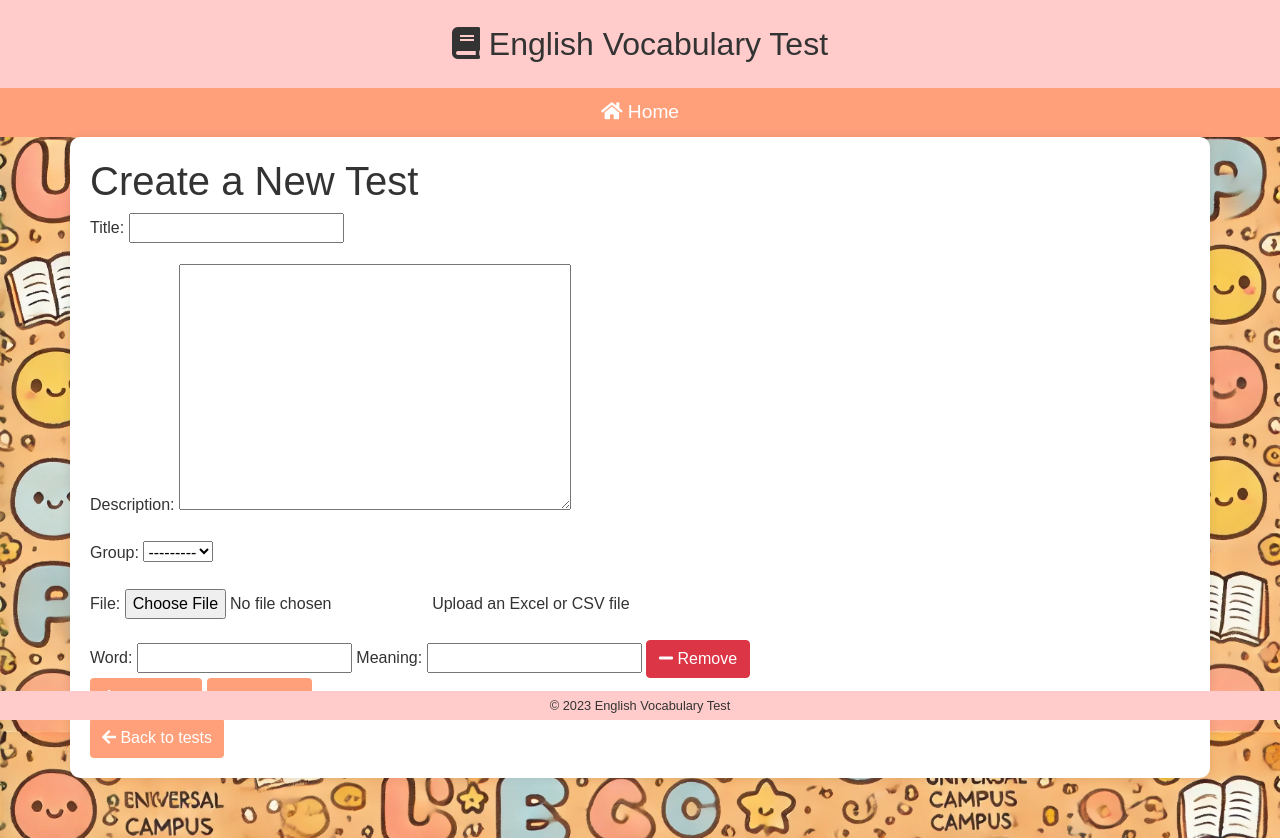
Repository: YamatoGH/testapp
Page: http://localhost/create-test/
These files come from the project's save history. The page is drawn as it stood at one moment and after the next save; the edit follows.
The browser window is 1280 px wide. The pictures show the whole page.
Backgrounds fixed to the window are drawn as part of the page. The page is served by the project's application, run on Django 5.2 (manage.py). Other server files are loaded and not shown. The page reads the database file committed with the project.

Above is the page before, as saved 2024-07-22 23:13:28.

### testapp/templates/testapp/create_test.html
{% extends "testapp/base.html" %}

{% block title %}Create Test{% endblock %}

{% block content %}
<h1>Create a New Test</h1>
<form method="post" enctype="multipart/form-data">
    {% csrf_token %}
    {{ form.as_p }}

    <div id="word-forms">
        {{ formset.management_form }}
        {% for word_form in formset %}
            <div class="word-form">
                {{ word_form.word.label_tag }} {{ word_form.word }}
                {{ word_form.meaning.label_tag }} {{ word_form.meaning }}
                <button type="button" class="btn btn-danger remove-word"><i class="fas fa-minus"></i> Remove</button>
            </div>
        {% endfor %}
    </div>

    <button type="button" id="add-word" class="btn btn-custom"><i class="fas fa-plus"></i> Add Word</button>
    <button type="submit" class="btn btn-custom">Create Test</button>
</form>
<a href="{% url 'home' %}" class="btn btn-custom"><i class="fas fa-arrow-left"></i> Back to tests</a>

<script>
document.addEventListener('DOMContentLoaded', function() {
    var formIndex = parseInt('{{ formset.total_form_count }}', 10) || 0;
    var addButton = document.getElementById('add-word');
    var wordFormsDiv = document.getElementById('word-forms');

    // Add Word Button Click Event
    addButton.addEventListener('click', function() {
        var newForm = document.createElement('div');
        newForm.classList.add('word-form');
        newForm.innerHTML = `
            <label for="id_words-${formIndex}-word">Word:</label>
            <input type="text" name="words-${formIndex}-word" maxlength="100" required id="id_words-${formIndex}-word">
            <label for="id_words-${formIndex}-meaning">Meaning:</label>
            <input type="text" name="words-${formIndex}-meaning" maxlength="255" required id="id_words-${formIndex}-meaning">
            <button type="button" class="btn btn-danger remove-word"><i class="fas fa-minus"></i> Remove</button>
        `;
        wordFormsDiv.appendChild(newForm);
        formIndex++;

        // Update TOTAL_FORMS
        document.querySelector('#id_words-TOTAL_FORMS').value = formIndex;

        // Add Remove Event
        newForm.querySelector('.remove-word').addEventListener('click', function() {
            newForm.remove();
            formIndex--;
            document.querySelector('#id_words-TOTAL_FORMS').value = formIndex;
        });
    });

    // Add Remove Event to Existing Forms
    document.querySelectorAll('.remove-word').forEach(function(button) {
        button.addEventListener('click', function(event) {
            event.target.closest('.word-form').remove();
            formIndex--;
            document.querySelector('#id_words-TOTAL_FORMS').value = formIndex;
        });
    });
});
</script>
{% endblock %}

### testapp/templates/testapp/base.html
<!DOCTYPE html>
<html>
<head>
    {% load static %}
    <title>{% block title %}English Vocabulary Test{% endblock %}</title>
    <link rel="stylesheet" href="https://stackpath.bootstrapcdn.com/bootstrap/4.3.1/css/bootstrap.min.css">
    <link rel="stylesheet" href="https://cdnjs.cloudflare.com/ajax/libs/font-awesome/5.15.3/css/all.min.css">
    <link rel="stylesheet" type="text/css" href="{% static 'testapp/css/style.css' %}">
</head>
<body>
    <header>
        <i class="fas fa-book"></i> English Vocabulary Test
    </header>
    <nav>
        <a href="{% url 'home' %}"><i class="fas fa-home"></i> Home</a>
    </nav>
    <div class="container">
        {% block content %}{% endblock %}
    </div>
    <footer>
        &copy; 2023 English Vocabulary Test
    </footer>
</body>
<script>
    document.addEventListener("DOMContentLoaded", function() {
        var coll = document.getElementsByClassName("collapsible");
        for (var i = 0; i < coll.length; i++) {
            coll[i].addEventListener("click", function() {
                this.classList.toggle("active");
                var content = this.nextElementSibling;
                if (content.style.display === "block") {
                    content.style.display = "none";
                } else {
                    content.style.display = "block";
                }
            });
        }
    });
</script>
</html>

### testapp/forms.py
from django import forms
from .models import Test, Word, Group
from .models import Student

class WordForm(forms.Form):
    word = forms.CharField(label='Word', max_length=100)
    meaning = forms.CharField(label='Meaning', max_length=255)

class TestForm(forms.ModelForm):
    file = forms.FileField(required=False, help_text='Upload an Excel or CSV file')
    group = forms.ModelChoiceField(queryset=Group.objects.all(), required=False)

    class Meta:
        model = Test
        fields = ['title', 'description', 'group']

    words = forms.CharField(widget=forms.HiddenInput(), required=False)

    def save(self, commit=True):
        instance = super(TestForm, self).save(commit=False)
        if commit:
            instance.save()
            words_data = self.cleaned_data['words']
            words_list = words_data.split(',')
            for word_pair in words_list:
                if word_pair:
                    word, meaning = word_pair.split(':')
                    word_obj, created = Word.objects.get_or_create(word=word.strip(), meaning=meaning.strip())
                    instance.words.add(word_obj)
        return instance

# UploadFileForm の追加
class UploadFileForm(forms.Form):
    file = forms.FileField()



class StudentForm(forms.ModelForm):
    class Meta:
        model = Student
        fields = ['name']

class StudentDetailForm(forms.ModelForm):
    class Meta:
        model = Student
        fields = ['name', 'test_group', 'current_test', 'start_index', 'last_index', 'notes']

### testapp/models.py
from django.db import models

class Group(models.Model):
    name = models.CharField(max_length=100)

    def __str__(self):
        return self.name

class Test(models.Model):
    title = models.CharField(max_length=100)
    description = models.TextField(null=True, blank=True)
    words = models.ManyToManyField('Word', blank=True)
    group = models.ForeignKey(Group, on_delete=models.CASCADE, related_name='tests', null=True, blank=True)
    pdf = models.FileField(upload_to='pdfs/', null=True, blank=True)

    def __str__(self):
        return self.title

class Word(models.Model):
    word = models.CharField(max_length=100)
    meaning = models.CharField(max_length=255)

    def __str__(self):
        return self.word

class Student(models.Model):
    name = models.CharField(max_length=100)
    test_group = models.ForeignKey(Group, on_delete=models.SET_NULL, null=True, blank=True)
    current_test = models.ForeignKey(Test, on_delete=models.SET_NULL, null=True, blank=True, related_name='students')
    start_index = models.IntegerField(null=True, blank=True)
    last_index = models.IntegerField(null=True, blank=True)
    notes = models.TextField(blank=True)
    def __str__(self):
        return f"{self.name} "

### testapp/views.py
import csv
import pandas as pd
from django.shortcuts import render, redirect, get_object_or_404
from django.forms import formset_factory
from .forms import TestForm, WordForm, StudentForm, StudentDetailForm
from .models import Word, Test, Group, Student
import random

def create_test(request):
    WordFormSet = formset_factory(WordForm, extra=1)
    if request.method == 'POST':
        form = TestForm(request.POST, request.FILES)
        formset = WordFormSet(request.POST, prefix='words')
        if form.is_valid() and formset.is_valid():
            test = form.save(commit=False)
            test.save()
            for word_form in formset:
                word = word_form.cleaned_data.get('word')
                meaning = word_form.cleaned_data.get('meaning')
                if word and meaning:
                    word_obj, created = Word.objects.get_or_create(word=word, meaning=meaning)
                    test.words.add(word_obj)
            if 'file' in request.FILES:
                file = request.FILES['file']
                if file.name.endswith('.csv'):
                    reader = csv.reader(file.read().decode('utf-8').splitlines())
                    for row in reader:
                        if len(row) == 2:
                            word, meaning = row
                            word_obj, created = Word.objects.get_or_create(word=word.strip(), meaning=meaning.strip())
                            test.words.add(word_obj)
                elif file.name.endswith('.xlsx'):
                    df = pd.read_excel(file)
                    for _, row in df.iterrows():
                        if len(row) >= 2:
                            word, meaning = row[0], row[1]
                            word_obj, created = Word.objects.get_or_create(word=word.strip(), meaning=meaning.strip())
                            test.words.add(word_obj)
            return redirect('home')
    else:
        form = TestForm()
        formset = WordFormSet(prefix='words')
    return render(request, 'testapp/create_test.html', {'form': form, 'formset': formset})

def all_tests(request):
    tests = Test.objects.all()
    return render(request, 'testapp/all_tests.html', {'tests': tests})

def group_tests(request, group_id):
    group = get_object_or_404(Group, id=group_id)
    tests = group.tests.all()  # 'tests' は 'related_name' に基づく
    return render(request, 'testapp/group_tests.html', {'group': group, 'tests': tests})

def home(request):
    groups = Group.objects.all()
    return render(request, 'testapp/home.html', {'groups': groups})

def test_detail(request, test_id):
    test = get_object_or_404(Test, id=test_id)
    words = test.words.all()
    return render(request, 'testapp/test_detail.html', {'test': test, 'words': words})

def print_test(request, test_id, start_index, end_index, shuffle):
    test = get_object_or_404(Test, id=test_id)
    words = list(test.words.all())
    if shuffle == 'yes':
        random.shuffle(words)
    words = words[start_index:end_index]
    return render(request, 'testapp/print_test.html', {'test': test, 'words': words})

def print_test_with_answers(request, test_id, start_index, end_index, shuffle):
    test = get_object_or_404(Test, id=test_id)
    words = list(test.words.all())
    if shuffle == 'yes':
        random.shuffle(words)
    words = words[start_index:end_index]
    return render(request, 'testapp/print_test_with_answers.html', {'test': test, 'words': words})

def add_student(request):
    if request.method == 'POST':
        form = StudentForm(request.POST)
        if form.is_valid():
            form.save()
            return redirect('student_list')  # 生徒一覧ページにリダイレクト
    else:
        form = StudentForm()
    return render(request, 'testapp/add_student.html', {'form': form})

def student_list(request):
    if request.method == 'POST':
        form = StudentForm(request.POST)
        if form.is_valid():
            form.save()
            return redirect('student_list')
    else:
        form = StudentForm()
    students = Student.objects.all()
    return render(request, 'testapp/student_list.html', {'students': students, 'form': form})

def student_detail(request, pk):
    student = get_object_or_404(Student, pk=pk)
    if request.method == 'POST':
        form = StudentDetailForm(request.POST, instance=student)
        if form.is_valid():
            form.save()
            return redirect('student_list')
    else:
        form = StudentDetailForm(instance=student)
    return render(request, 'testapp/student_detail.html', {'form': form, 'student': student})

### vocab_test/urls.py
"""
URL configuration for vocab_test project.

The `urlpatterns` list routes URLs to views. For more information please see:
    https://docs.djangoproject.com/en/5.0/topics/http/urls/
Examples:
Function views
    1. Add an import:  from my_app import views
    2. Add a URL to urlpatterns:  path('', views.home, name='home')
Class-based views
    1. Add an import:  from other_app.views import Home
    2. Add a URL to urlpatterns:  path('', Home.as_view(), name='home')
Including another URLconf
    1. Import the include() function: from django.urls import include, path
    2. Add a URL to urlpatterns:  path('blog/', include('blog.urls'))
"""
from django.contrib import admin
from django.urls import include, path

urlpatterns = [
    path('admin/', admin.site.urls),
    path('', include('testapp.urls')),
]

### testapp/urls.py
from django.conf import settings
from django.conf.urls.static import static
from django.urls import path
from . import views

urlpatterns = [
    path('', views.home, name='home'),
    path('test/<int:test_id>/', views.test_detail, name='test_detail'),
    path('print-test/<int:test_id>/<int:start_index>/<int:end_index>/<str:shuffle>/', views.print_test, name='print_test'),
    path('print-test-with-answers/<int:test_id>/<int:start_index>/<int:end_index>/<str:shuffle>/', views.print_test_with_answers, name='print_test_with_answers'),
    path('create-test/', views.create_test, name='create_test'),
    path('group-tests/<int:group_id>/', views.group_tests, name='group_tests'),
    path('all-tests/', views.all_tests, name='all_tests'),
    path('add-student/', views.add_student, name='add_student'),
    path('students/', views.student_list, name='student_list'),
     path('students/<int:pk>/', views.student_detail, name='student_detail'),
]

if settings.DEBUG:
    urlpatterns += static(settings.STATIC_URL, document_root=settings.STATIC_ROOT)

### testapp/static/testapp/css/style.css
body {
    font-family: 'Comic Sans MS', cursive, sans-serif;
    background-color: #f0f8ff;
    color: #333;
    margin: 0;
    padding: 0;
    background-image: url('/static/testapp/images/background.jpg');
    background-size: cover;
    background-repeat: no-repeat;
    background-attachment: fixed;
    display: flex;
    flex-direction: column;
    min-height: 100vh;
}

header {
    background-color: #ffcccb;
    padding: 20px;
    text-align: center;
    font-size: 2em;
    color: #333;
}

nav {
    background-color: #ffa07a;
    padding: 10px;
    text-align: center;
}

nav a {
    margin: 0 15px;
    color: #fff;
    text-decoration: none;
    font-size: 1.2em;
}

nav a:hover {
    text-decoration: underline;
}

.container {
    flex: 1;
    padding: 20px;
    background-color: rgba(255, 255, 255, 1.0);
    border-radius: 10px;
    box-shadow: 0 0 10px rgba(0, 0, 0, 0.1);
    margin-bottom: 60px;
}

footer {
    background-color: #ffcccb;
    padding: 5px;
    text-align: center;
    font-size: 0.8em;
    position: fixed;
    width: 100%;
    bottom: 0;
}

.btn-custom {
    background-color: #ffa07a;
    border: none;
    color: white;
    padding: 8px 12px !important; /* パディングを最小限に調整 */
    text-align: center;
    text-decoration: none;
    display: inline-block;
    font-size: 16px;
    margin: 0 !important; /* マージンをゼロに設定 */
    transition-duration: 0.4s;
    cursor: pointer;
}

.btn-custom:hover {
    background-color: white !important;
    color: black !important;
    border: 2px solid #ffa07a !important;
}

.collapsible {
    cursor: pointer;
    padding: 10px;
    width: 100%;
    border: none;
    text-align: center;
    outline: none;
    font-size: 1em;
}

.active, .collapsible:hover {
    background-color: #ddd;
}

.collapsible-content {
    display: none;
    overflow: hidden;
    padding: 0 10px;
}

.fixed-buttons {
    position: fixed !important;
    bottom: 29px !important;  /* フッターの上に配置 */
    right: 0px !important;
    display: flex !important;
    flex-direction: row !important;
    gap: 0 !important; /* gapをゼロに設定 */
    align-items: center !important;
    z-index: 1000 !important;
    padding: 0 !important; /* パディングを削除 */
}

.fixed-buttons .btn-custom {
    background-color: #007bff !important;
    color: white !important;
    padding: 8px 12px !important; /* パディングを最小限に調整 */
    border-radius: 5px !important;
    text-decoration: none !important;
    box-shadow: 0 2px 5px rgba(0,0,0,0.2) !important;
    transition: background-color 0.3s ease !important;
}

.fixed-buttons .btn-custom:hover {
    background-color: #0056b3 !important;
}

/* 各ボタンの余白をゼロに設定 */
.view-all-students-button,
.all-tests-button,
.create-test-button {
    margin: 0 !important;
}

### db.sqlite3 (the tables this page reads, as SQL)
CREATE TABLE "testapp_group" ("id" integer NOT NULL PRIMARY KEY AUTOINCREMENT, "name" varchar(100) NOT NULL);
INSERT INTO "testapp_group" VALUES
(3, '5級'),
(5, '4級'),
(6, '3級'),
(7, '2級'),
(8, '1級');

After the next save:
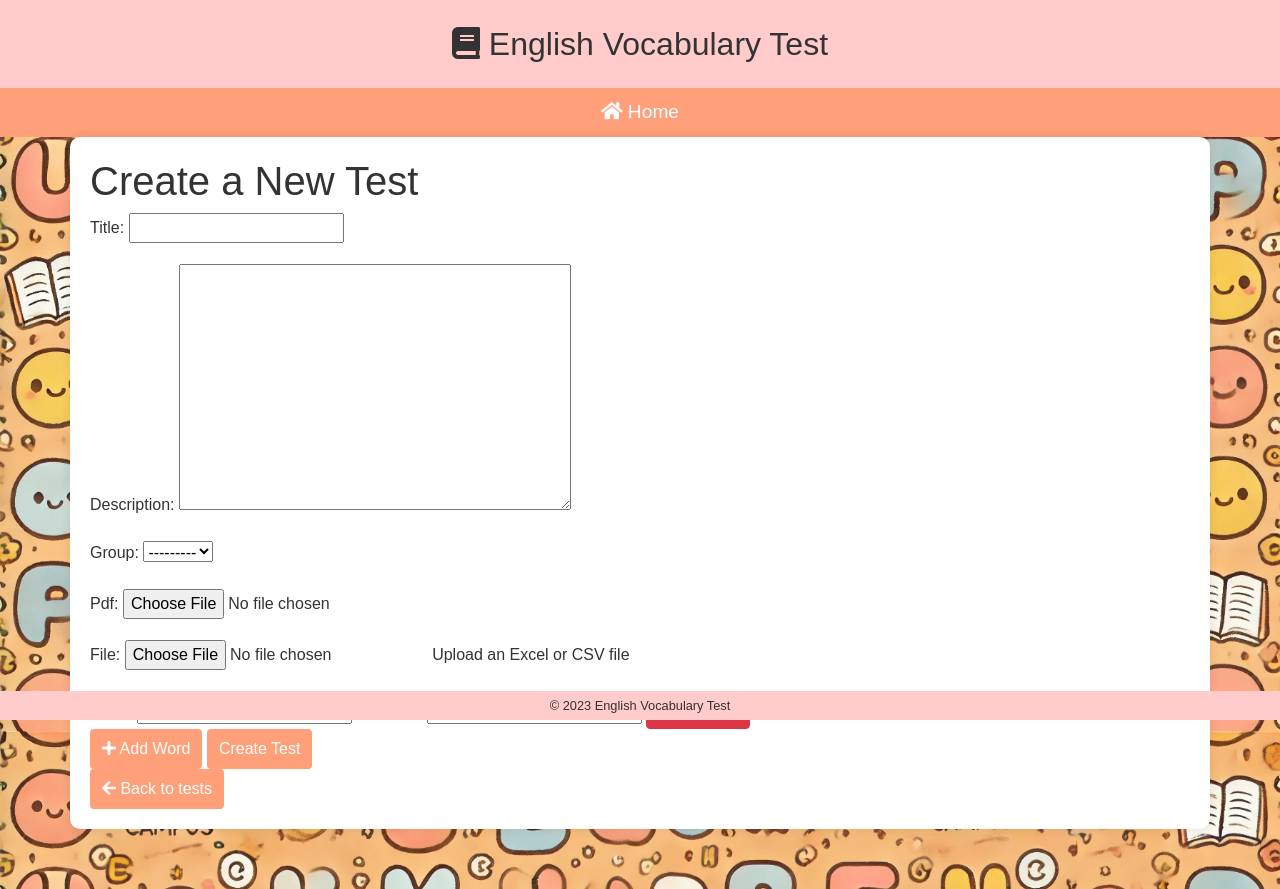
Saved 105 s later.
--- a/testapp/forms.py
+++ b/testapp/forms.py
@@ -12,7 +12,7 @@ class TestForm(forms.ModelForm):
 
     class Meta:
         model = Test
-        fields = ['title', 'description', 'group']
+        fields = ['title', 'description', 'group', 'pdf']
 
     words = forms.CharField(widget=forms.HiddenInput(), required=False)
 
